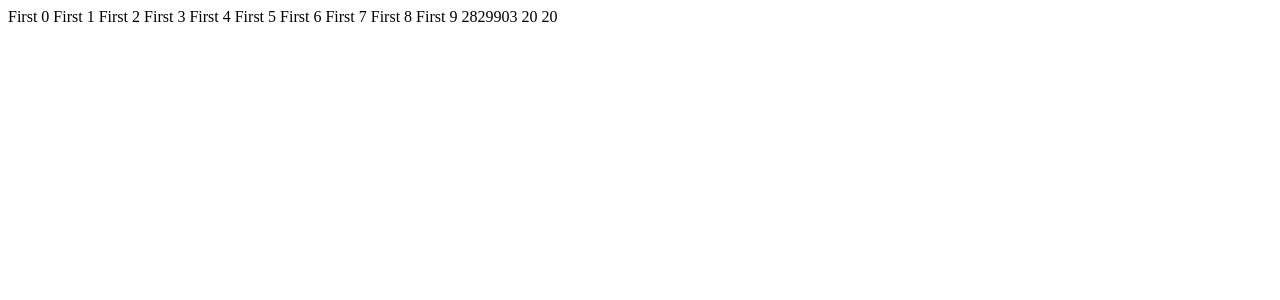
Repository: tuski/JavaProjects
Page: http://localhost/JSPTagDemo/home.jsp
The author's editor kept a copy of each file at every save. The page is drawn from the files as they stood at one save, then again after the next save.
The browser window is 1280 px wide. The pictures show the whole page.
The page is served by Tomcat 9.

Above is the page before, as saved 2017-07-27 11:26:25.

After the next save:
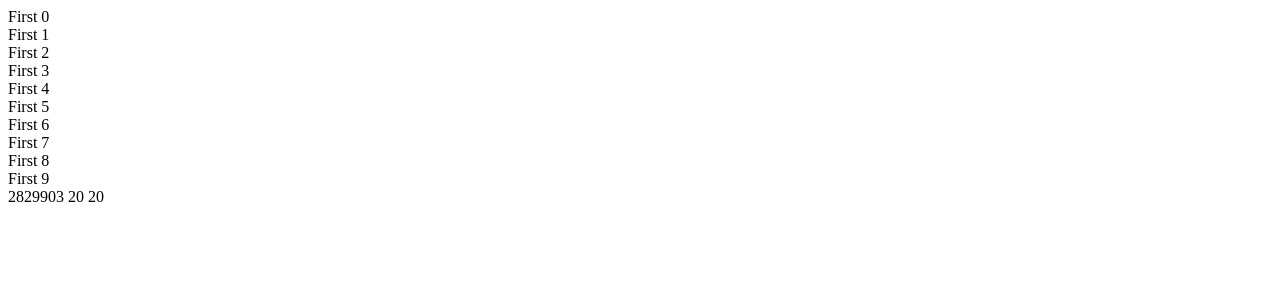
Saved 87 s later.
--- a/JSPTagDemo/WebContent/home.jsp
+++ b/JSPTagDemo/WebContent/home.jsp
@@ -17,7 +17,7 @@
  %>
 
  <c:forEach var="student" items="${studentList}">
-   <c:out value="${student.firstName}"/>
+   <c:out value="${student.firstName}"/><br/>
  </c:forEach>
 
 
